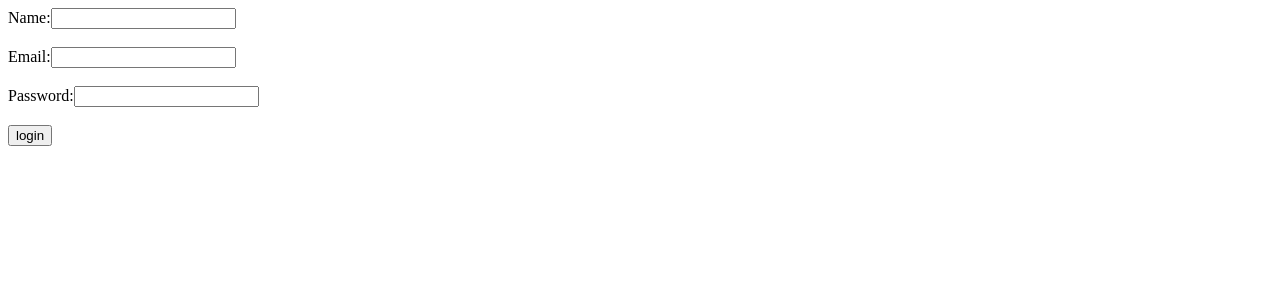
Repository: MaheshYadavM/my-frist-repo
Page: ReqestDispatcherServltt/WebContent/index.html
An editor plug-in stored every save of this project. The page is shown before and after the next save, followed by the edit.
The browser window is 1280 px wide. The pictures show the whole page.

Above is the page before, as saved 2022-08-26 07:36:32.

After the next save:
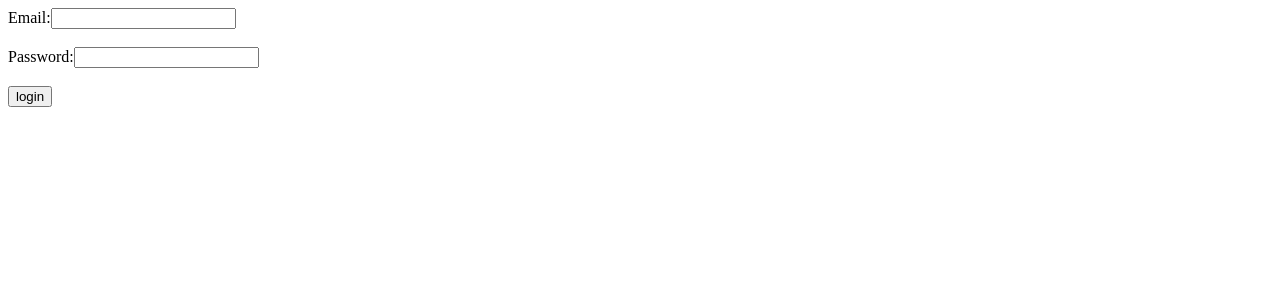
Saved 17 s later.
--- a/ReqestDispatcherServltt/WebContent/index.html
+++ b/ReqestDispatcherServltt/WebContent/index.html
@@ -3,7 +3,6 @@
 
 <body>
  <form action="login" method="post">
- Name:<input type="text" name="name"></input><br></br>
  Email:<input type="text" name="useremail"></input><br></br>
  Password:<input type="password" name="userpassword"></input><br></br>
  <input type="submit" value="login" />
